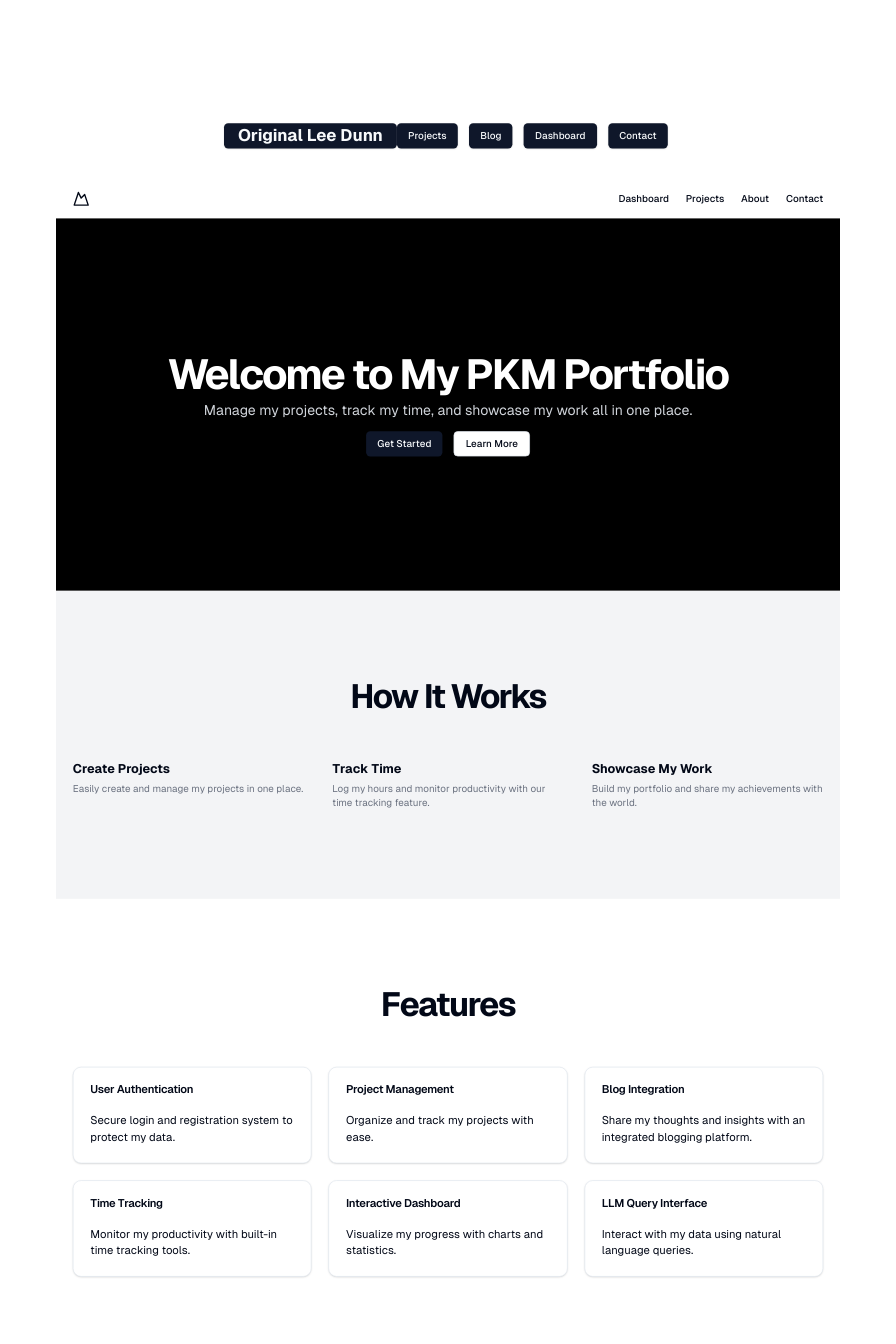
Repository: OriginalLeeDunn/pkm-portfolio
Page: /
The author's editor kept a copy of each file at every save. The page is drawn from the files as they stood at one save, then again after the next save.
The browser window is 1280 px wide. The pictures show the part of the page from y = 0 to 1920 px (the page is 3619 px tall), at 70% of full size.
The project was rebuilt for these pictures with package versions that can differ from the ones it lists, and the page was loaded fresh each time. The framework's server and built-in components were replaced by stand-ins that run in the browser. Also part of the build but not shown: next.config.mjs.

Above is the page before, as saved 2024-10-16 08:49:57.

### src/app/page.tsx
import Image from "next/image";
import { HomePageComponent } from "@/components/home-page/home-page"
import Header from "@/components/Header";
import Footer  from "@/components/Footer"



export default function Home() {
  return (
    <div className="grid grid-rows-[20px_1fr_20px] items-center justify-items-center min-h-screen p-8 pb-20 gap-16 sm:p-20 font-[family-name:var(--font-geist-sans)]">


      <main className="flex flex-col gap-8 row-start-2 items-center sm:items-start">

      <header className="flex flex-col gap-8 row-start-2 items-center sm:items-start">

      <Header/>

      </header>

      <HomePageComponent/>

      <footer className="flex flex-col gap-8 row-start-2 items-center sm:items-start">



      </footer>

      </main>


    </div>
  );
}

### src/components/home-page/home-page.tsx
'use client'

import React from 'react'
import { Button } from "@/components/home-page/ui/button"
import { Card, CardContent, CardDescription, CardHeader, CardTitle } from "@/components/home-page/ui/card"
import { Input } from "@/components/home-page/ui/input"
import { Github, Linkedin, Twitter, Mountain } from "lucide-react"
import Link from "next/link"

export function HomePageComponent() {
  return (
    <div className="flex flex-col min-h-screen">
      <header className="px-4 lg:px-6 h-14 flex items-center">
        <Link className="flex items-center justify-center" href="#">
          <Mountain className="h-6 w-6" />
          <span className="sr-only">PKM Portfolio</span>
        </Link>
        <nav className="ml-auto flex gap-4 sm:gap-6">
          <Link className="text-sm font-medium hover:underline underline-offset-4" href="#">
            Dashboard
          </Link>
          <Link className="text-sm font-medium hover:underline underline-offset-4" href="#">
            Projects
          </Link>
          <Link className="text-sm font-medium hover:underline underline-offset-4" href="#">
            About
          </Link>
          <Link className="text-sm font-medium hover:underline underline-offset-4" href="#">
            Contact
          </Link>
        </nav>
      </header>
      <main className="flex-1">
        <section className="w-full py-12 md:py-24 lg:py-32 xl:py-48 bg-black">
          <div className="container px-4 md:px-6">
            <div className="flex flex-col items-center space-y-4 text-center">
              <div className="space-y-2">
                <h1 className="text-3xl font-bold tracking-tighter sm:text-4xl md:text-5xl lg:text-6xl/none text-white">
                  Welcome to My PKM Portfolio
                </h1>
                <p className="mx-auto max-w-[700px] text-gray-300 md:text-xl">
                  Manage my projects, track my time, and showcase my work all in one place.
                </p>
              </div>
              <div className="space-x-4">
                <Button>Get Started</Button>
                <Button variant="outline">Learn More</Button>
              </div>
            </div>
          </div>
        </section>
        <section className="w-full py-12 md:py-24 lg:py-32 bg-gray-100">
          <div className="container px-4 md:px-6">
            <h2 className="text-3xl font-bold tracking-tighter sm:text-5xl text-center">How It Works</h2>
            <div className="grid gap-10 sm:grid-cols-2 md:grid-cols-3 mt-16 items-start">
              <div className="grid gap-1">
                <h3 className="text-lg font-bold">Create Projects</h3>
                <p className="text-sm text-gray-500">Easily create and manage my projects in one place.</p>
              </div>
              <div className="grid gap-1">
                <h3 className="text-lg font-bold">Track Time</h3>
                <p className="text-sm text-gray-500">Log my hours and monitor productivity with our time tracking feature.</p>
              </div>
              <div className="grid gap-1">
                <h3 className="text-lg font-bold">Showcase My Work</h3>
                <p className="text-sm text-gray-500">Build my portfolio and share my achievements with the world.</p>
              </div>
            </div>
          </div>
        </section>
        <section className="w-full py-12 md:py-24 lg:py-32">
          <div className="container px-4 md:px-6">
            <h2 className="text-3xl font-bold tracking-tighter sm:text-5xl text-center mb-16">Features</h2>
            <div className="grid gap-6 lg:grid-cols-3">
              <Card>
                <CardHeader>
                  <CardTitle>User Authentication</CardTitle>
                </CardHeader>
                <CardContent>Secure login and registration system to protect my data.</CardContent>
              </Card>
              <Card>
                <CardHeader>
                  <CardTitle>Project Management</CardTitle>
                </CardHeader>
                <CardContent>Organize and track my projects with ease.</CardContent>
              </Card>
              <Card>
                <CardHeader>
                  <CardTitle>Blog Integration</CardTitle>
                </CardHeader>
                <CardContent>Share my thoughts and insights with an integrated blogging platform.</CardContent>
              </Card>
              <Card>
                <CardHeader>
                  <CardTitle>Time Tracking</CardTitle>
                </CardHeader>
                <CardContent>Monitor my productivity with built-in time tracking tools.</CardContent>
              </Card>
              <Card>
                <CardHeader>
                  <CardTitle>Interactive Dashboard</CardTitle>
                </CardHeader>
                <CardContent>Visualize my progress with charts and statistics.</CardContent>
              </Card>
              <Card>
                <CardHeader>
                  <CardTitle>LLM Query Interface</CardTitle>
                </CardHeader>
                <CardContent>Interact with my data using natural language queries.</CardContent>
              </Card>
            </div>
          </div>
        </section>
        <section className="w-full py-12 md:py-24 lg:py-32 bg-gray-100">
          <div className="container px-4 md:px-6">
            <div className="flex flex-col items-center space-y-4 text-center">
              <div className="space-y-2">
                <h2 className="text-3xl font-bold tracking-tighter sm:text-5xl">Ready to Get Started?</h2>
                <p className="max-w-[600px] text-gray-500 md:text-xl/relaxed lg:text-base/relaxed xl:text-xl/relaxed mx-auto">
                  Join now and take control of my personal knowledge management and portfolio.
                </p>
              </div>
              <Button className="w-[200px]">Explore Dashboard</Button>
            </div>
          </div>
        </section>
        <section className="w-full py-12 md:py-24 lg:py-32">
          <div className="container px-4 md:px-6">
            <h2 className="text-3xl font-bold tracking-tighter sm:text-5xl text-center mb-16">Latest Blog Posts</h2>
            <div className="grid gap-6 lg:grid-cols-3">
              <Card>
                <CardHeader>
                  <CardTitle>Maximizing Productivity with PKM</CardTitle>
                  <CardDescription>Posted on June 1, 2023</CardDescription>
                </CardHeader>
                <CardContent>Learn how to boost my productivity using Personal Knowledge Management techniques.</CardContent>
              </Card>
              <Card>
                <CardHeader>
                  <CardTitle>Building an Effective Digital Portfolio</CardTitle>
                  <CardDescription>Posted on May 15, 2023</CardDescription>
                </CardHeader>
                <CardContent>Tips and tricks for creating a standout digital portfolio to showcase my work.</CardContent>
              </Card>
              <Card>
                <CardHeader>
                  <CardTitle>The Power of Time Tracking</CardTitle>
                  <CardDescription>Posted on May 1, 2023</CardDescription>
                </CardHeader>
                <CardContent>Discover how time tracking can transform my work habits and improve efficiency.</CardContent>
              </Card>
            </div>
          </div>
        </section>
        <section className="w-full py-12 md:py-24 lg:py-32 bg-gray-100">
          <div className="container px-4 md:px-6">
            <div className="flex flex-col items-center space-y-4 text-center">
              <div className="space-y-2">
                <h2 className="text-3xl font-bold tracking-tighter sm:text-5xl">Get in Touch</h2>
                <p className="max-w-[600px] text-gray-500 md:text-xl/relaxed lg:text-base/relaxed xl:text-xl/relaxed mx-auto">
                  Have questions or feedback? We'd love to hear from you.
                </p>
              </div>
              <div className="w-full max-w-sm space-y-2">
                <form className="flex space-x-2">
                  <Input className="max-w-lg flex-1" placeholder="Enter my email" type="email" />
                  <Button type="submit">Subscribe</Button>
                </form>
                <p className="text-xs text-gray-500">
                  By subscribing, you agree to our Terms of Service and Privacy Policy.
                </p>
              </div>
            </div>
          </div>
        </section>
      </main>
      <footer className="flex flex-col gap-2 sm:flex-row py-6 w-full shrink-0 items-center px-4 md:px-6 border-t">
        <p className="text-xs text-gray-500">© 2023 PKM Portfolio. All rights reserved.</p>
        <nav className="sm:ml-auto flex gap-4 sm:gap-6">
          <Link className="text-xs hover:underline underline-offset-4" href="#">
            Terms of Service
          </Link>
          <Link className="text-xs hover:underline underline-offset-4" href="#">
            Privacy
          </Link>
        </nav>
        <div className="flex gap-4">
          <Link className="text-gray-500" href="#">
            <Github className="h-4 w-4" />
            <span className="sr-only">GitHub</span>
          </Link>
          <Link className="text-gray-500" href="#">
            <Linkedin className="h-4 w-4" />
            <span className="sr-only">LinkedIn</span>
          </Link>
          <Link className="text-gray-500" href="#">
            <Twitter className="h-4 w-4" />
            <span className="sr-only">Twitter</span>
          </Link>
        </div>
      </footer>
    </div>
  )
}
export default HomePageComponent;

### src/components/Header.tsx
import Link from 'next/link'
import { Button } from '@/components/home-page/ui/button'

export default function Header() {
  return (
    <header className="w-full py-3 px-20 bg-background items-center">
      <div className="container mx-auto flex justify-between px-40 items-center">
        <Button className="py-3 px-1">
        <Link href="/" className="text-2xl font-bold px-4">
          Original Lee Dunn
        </Link>
        </Button>
        <nav>
          <ul className="flex space-x-4">
            <li><Button asChild><Link href="/projects">Projects</Link></Button></li>
            <li><Button asChild><Link href="/blog">Blog</Link></Button></li>
            <li><Button asChild><Link href="/dashboard">Dashboard</Link></Button></li>
            <li><Button asChild><Link href="/contact">Contact</Link></Button></li>
          </ul>
        </nav>
      </div>
    </header>
  )
}

### src/components/home-page/ui/button.tsx
import * as React from "react"
import { Slot } from "@radix-ui/react-slot"
import { cva, type VariantProps } from "class-variance-authority"

import { cn } from "@/lib/utils"

const buttonVariants = cva(
  "inline-flex items-center justify-center whitespace-nowrap rounded-md text-sm font-medium transition-colors focus-visible:outline-none focus-visible:ring-1 focus-visible:ring-ring disabled:pointer-events-none disabled:opacity-50",
  {
    variants: {
      variant: {
        default:
          "bg-primary text-primary-foreground shadow hover:bg-primary/90",
        destructive:
          "bg-destructive text-destructive-foreground shadow-sm hover:bg-destructive/90",
        outline:
          "border border-input bg-background shadow-sm hover:bg-accent hover:text-accent-foreground",
        secondary:
          "bg-secondary text-secondary-foreground shadow-sm hover:bg-secondary/80",
        ghost: "hover:bg-accent hover:text-accent-foreground",
        link: "text-primary underline-offset-4 hover:underline",
      },
      size: {
        default: "h-9 px-4 py-2",
        sm: "h-8 rounded-md px-3 text-xs",
        lg: "h-10 rounded-md px-8",
        icon: "h-9 w-9",
      },
    },
    defaultVariants: {
      variant: "default",
      size: "default",
    },
  }
)

export interface ButtonProps
  extends React.ButtonHTMLAttributes<HTMLButtonElement>,
    VariantProps<typeof buttonVariants> {
  asChild?: boolean
}

const Button = React.forwardRef<HTMLButtonElement, ButtonProps>(
  ({ className, variant, size, asChild = false, ...props }, ref) => {
    const Comp = asChild ? Slot : "button"
    return (
      <Comp
        className={cn(buttonVariants({ variant, size, className }))}
        ref={ref}
        {...props}
      />
    )
  }
)
Button.displayName = "Button"

export { Button, buttonVariants }

### src/components/home-page/ui/card.tsx
import * as React from "react"

import { cn } from "@/lib/utils"

const Card = React.forwardRef<
  HTMLDivElement,
  React.HTMLAttributes<HTMLDivElement>
>(({ className, ...props }, ref) => (
  <div
    ref={ref}
    className={cn(
      "rounded-xl border bg-card text-card-foreground shadow",
      className
    )}
    {...props}
  />
))
Card.displayName = "Card"

const CardHeader = React.forwardRef<
  HTMLDivElement,
  React.HTMLAttributes<HTMLDivElement>
>(({ className, ...props }, ref) => (
  <div
    ref={ref}
    className={cn("flex flex-col space-y-1.5 p-6", className)}
    {...props}
  />
))
CardHeader.displayName = "CardHeader"

const CardTitle = React.forwardRef<
  HTMLParagraphElement,
  React.HTMLAttributes<HTMLHeadingElement>
>(({ className, ...props }, ref) => (
  <h3
    ref={ref}
    className={cn("font-semibold leading-none tracking-tight", className)}
    {...props}
  />
))
CardTitle.displayName = "CardTitle"

const CardDescription = React.forwardRef<
  HTMLParagraphElement,
  React.HTMLAttributes<HTMLParagraphElement>
>(({ className, ...props }, ref) => (
  <p
    ref={ref}
    className={cn("text-sm text-muted-foreground", className)}
    {...props}
  />
))
CardDescription.displayName = "CardDescription"

const CardContent = React.forwardRef<
  HTMLDivElement,
  React.HTMLAttributes<HTMLDivElement>
>(({ className, ...props }, ref) => (
  <div ref={ref} className={cn("p-6 pt-0", className)} {...props} />
))
CardContent.displayName = "CardContent"

const CardFooter = React.forwardRef<
  HTMLDivElement,
  React.HTMLAttributes<HTMLDivElement>
>(({ className, ...props }, ref) => (
  <div
    ref={ref}
    className={cn("flex items-center p-6 pt-0", className)}
    {...props}
  />
))
CardFooter.displayName = "CardFooter"

export { Card, CardHeader, CardFooter, CardTitle, CardDescription, CardContent }

### src/components/home-page/ui/input.tsx
import * as React from "react"

import { cn } from "@/lib/utils"

export interface InputProps
  extends React.InputHTMLAttributes<HTMLInputElement> {}

const Input = React.forwardRef<HTMLInputElement, InputProps>(
  ({ className, type, ...props }, ref) => {
    return (
      <input
        type={type}
        className={cn(
          "flex h-9 w-full rounded-md border border-input bg-transparent px-3 py-1 text-sm shadow-sm transition-colors file:border-0 file:bg-transparent file:text-sm file:font-medium file:text-foreground placeholder:text-muted-foreground focus-visible:outline-none focus-visible:ring-1 focus-visible:ring-ring disabled:cursor-not-allowed disabled:opacity-50",
          className
        )}
        ref={ref}
        {...props}
      />
    )
  }
)
Input.displayName = "Input"

export { Input }

### tailwind.config.ts
/** @type {import('tailwindcss').Config} */
module.exports = {
  darkMode: ["class"],
  content: [
    './pages/**/*.{ts,tsx}',
    './components/**/*.{ts,tsx}',
    './app/**/*.{ts,tsx}',
    './src/**/*.{ts,tsx}',
  ],
  theme: {
  	container: {
  		center: 'true',
  		padding: '2rem',
  		screens: {
  			'2xl': '1400px'
  		}
  	},
  	extend: {
  		colors: {
  			border: 'hsl(var(--border))',
  			input: 'hsl(var(--input))',
  			ring: 'hsl(var(--ring))',
  			background: 'hsl(var(--background))',
  			foreground: 'hsl(var(--foreground))',
  			primary: {
  				DEFAULT: 'hsl(var(--primary))',
  				foreground: 'hsl(var(--primary-foreground))'
  			},
  			secondary: {
  				DEFAULT: 'hsl(var(--secondary))',
  				foreground: 'hsl(var(--secondary-foreground))'
  			},
  			destructive: {
  				DEFAULT: 'hsl(var(--destructive))',
  				foreground: 'hsl(var(--destructive-foreground))'
  			},
  			muted: {
  				DEFAULT: 'hsl(var(--muted))',
  				foreground: 'hsl(var(--muted-foreground))'
  			},
  			accent: {
  				DEFAULT: 'hsl(var(--accent))',
  				foreground: 'hsl(var(--accent-foreground))'
  			},
  			popover: {
  				DEFAULT: 'hsl(var(--popover))',
  				foreground: 'hsl(var(--popover-foreground))'
  			},
  			card: {
  				DEFAULT: 'hsl(var(--card))',
  				foreground: 'hsl(var(--card-foreground))'
  			},
  			chart: {
  				'1': 'hsl(var(--chart-1))',
  				'2': 'hsl(var(--chart-2))',
  				'3': 'hsl(var(--chart-3))',
  				'4': 'hsl(var(--chart-4))',
  				'5': 'hsl(var(--chart-5))'
  			}
  		},
  		borderRadius: {
  			lg: 'var(--radius)',
  			md: 'calc(var(--radius) - 2px)',
  			sm: 'calc(var(--radius) - 4px)'
  		},
  		keyframes: {
  			'accordion-down': {
  				from: {
  					height: '0'
  				},
  				to: {
  					height: 'var(--radix-accordion-content-height)'
  				}
  			},
  			'accordion-up': {
  				from: {
  					height: 'var(--radix-accordion-content-height)'
  				},
  				to: {
  					height: '0'
  				}
  			}
  		},
  		animation: {
  			'accordion-down': 'accordion-down 0.2s ease-out',
  			'accordion-up': 'accordion-up 0.2s ease-out'
  		}
  	}
  },
  plugins: [require("tailwindcss-animate")],
}

Loaded but not shown: src/app/layout.tsx (common file); src/app/globals.css (common file); src/lib/utils.ts (common file)

After the next save:
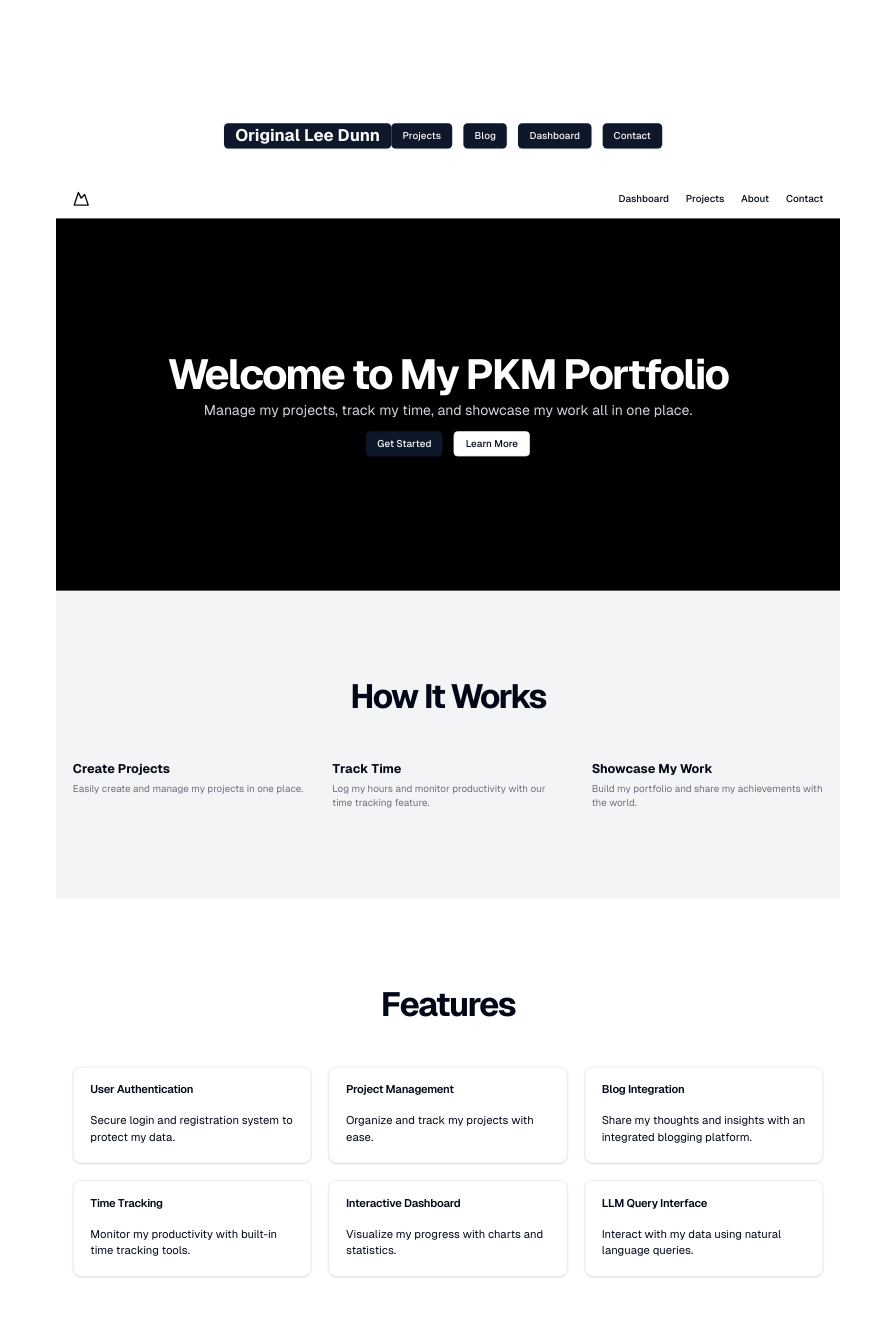
Saved 6 s later.
--- a/src/components/Header.tsx
+++ b/src/components/Header.tsx
@@ -5,7 +5,7 @@ export default function Header() {
   return (
     <header className="w-full py-3 px-20 bg-background items-center">
       <div className="container mx-auto flex justify-between px-40 items-center">
-        <Button className="py-3 px-1">
+        <Button className="py-3 px-0.1">
         <Link href="/" className="text-2xl font-bold px-4">
           Original Lee Dunn
         </Link>
